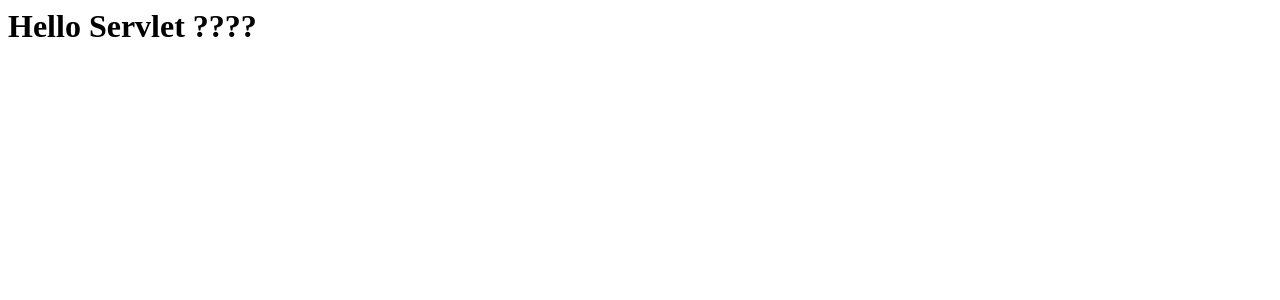
Repository: Yoon-jae-min/JSP-Servlet_Study
Page: http://localhost/web-study-02/hello
The author's editor kept a copy of each file at every save. The page is drawn from the files as they stood at one save, then again after the next save.
The browser window is 1280 px wide. The pictures show the whole page.
The page is served by Tomcat 10.

Above is the page before, as saved 2024-06-06 05:33:14.

After the next save:
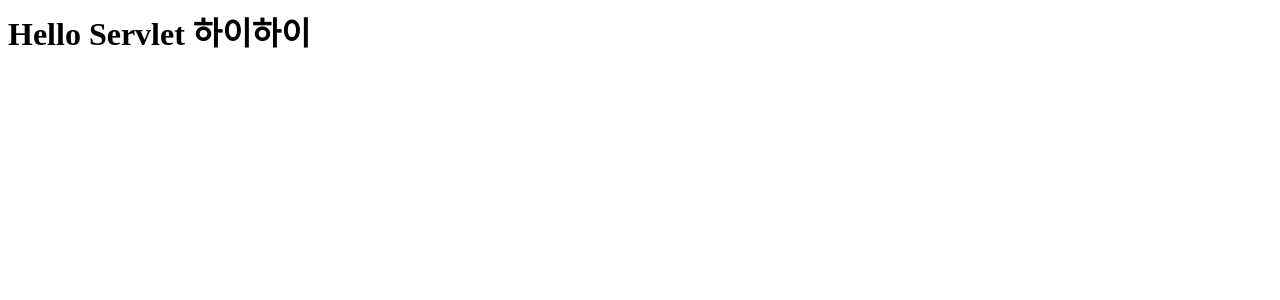
Saved 66 s later.
--- a/JSP&Servlet-Study/web-study-02/src/main/java/unit01/HelloServlet.java
+++ b/JSP&Servlet-Study/web-study-02/src/main/java/unit01/HelloServlet.java
@@ -20,7 +20,7 @@ public class HelloServlet extends HttpServlet {
 	 */
 	protected void doGet(HttpServletRequest request, HttpServletResponse response) throws ServletException, IOException {
 		// TODO Auto-generated method stub
-		response.setContentType("text/html");
+		response.setContentType("text/html; charset=UTF-8");
 		PrintWriter out = response.getWriter();
 		out.print("<html><body><h1>");
 		out.print("Hello Servlet 하이하이");
